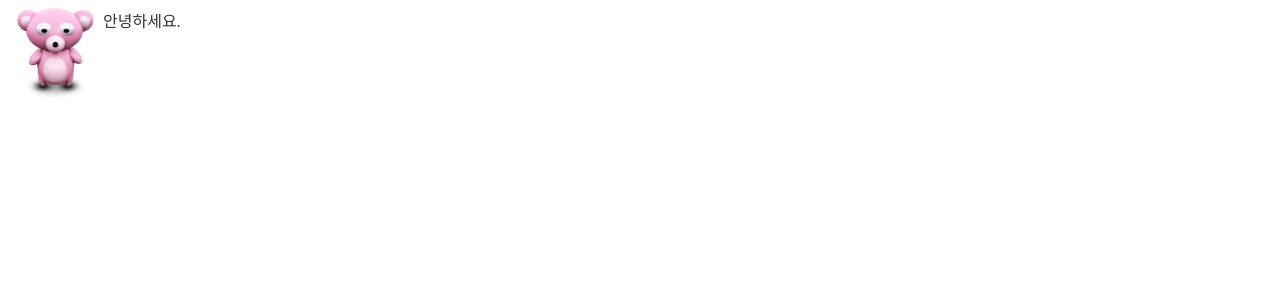
Repository: BaekJiGyeong/JSP_web
Page: http://localhost/Article/
The author's editor kept a copy of each file at every save. The page is drawn from the files as they stood at one save, then again after the next save.
The browser window is 1280 px wide. The pictures show the whole page.
The page is served by Tomcat 9. Other server files are loaded and not shown.

Above is the page before, as saved 2016-03-03 05:48:52.

### Article/WebContent/index.jsp
<%@ page language="java" contentType="text/html; charset=UTF-8"
    pageEncoding="UTF-8"%>

<jsp:include page="./WEB-INF/view/common/header.jsp"></jsp:include>

### Article/WebContent/WEB-INF/view/common/header.jsp
<%@ page language="java" contentType="text/html; charset=UTF-8"
    pageEncoding="UTF-8"%>
<!DOCTYPE html>
<html>
<head>
<meta http-equiv="Content-Type" content="text/html; charset=UTF-8">
<link rel="stylesheet" type="text/css" href="/resource/css/header.css"/>
<title>회원제 게시판</title>
</head>
<body>

	<div id="wrapper">

		<div id="header">

			<img src="/resource/img/icon.png" /> 안녕하세요.

		</div>

### Article/WebContent/resource/css/header.css
@CHARSET "UTF-8";

body, input, div, span, p, a, td, th, caption, lable, h1, h2, h3, h4, h5, h6, textarea, iframe, ul, al, li, dd, dt, b, u, i, strong, pre, code, address, city, header, aside{
	color:#333333;
}

img {
	/* 이미지 주변의 파란 줄 제거 */
	border: none;
}

div#header img {
	width: 95px;
	height: 95px;
	float: left;
}

div#header div {
	padding-top: 40px;
	float: left;
}

After the next save:
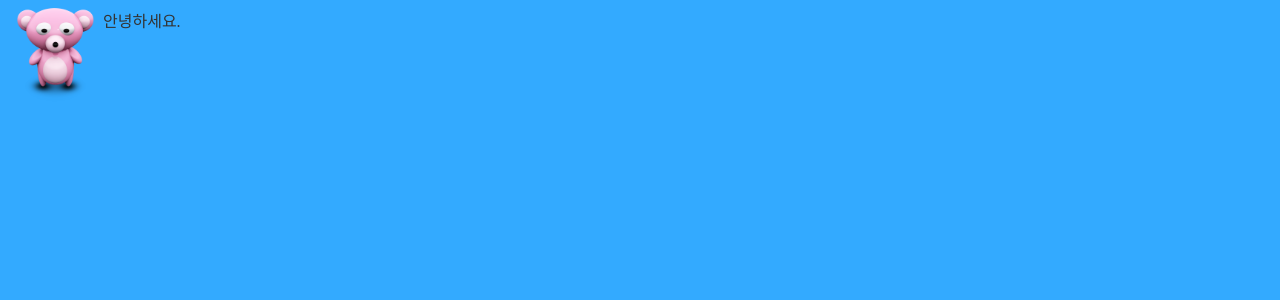
Saved 2 min 8 s later.
--- a/Article/WebContent/resource/css/header.css
+++ b/Article/WebContent/resource/css/header.css
@@ -7,6 +7,14 @@ body, input, div, span, p, a, td, th, caption, lable, h1, h2, h3, h4, h5, h6, te
 img {
 	/* 이미지 주변의 파란 줄 제거 */
 	border: none;
+}
+
+body {
+	background-color: #33AAFF;
+}
+
+div#wrapper {
+	width: 75%;
 }
 
 div#header img {
